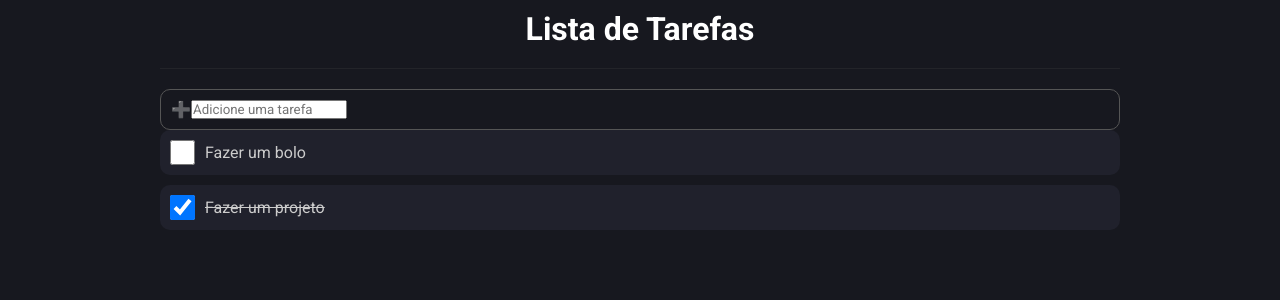
Repository: guilhermecardoso93/todolist-app
Page: /
An editor plug-in stored every save of this project. The page is shown before and after the next save, followed by the edit.
The browser window is 1280 px wide. The pictures show the whole page.
The project was rebuilt for these pictures with package versions that can differ from the ones it lists, and the page was loaded fresh each time. Also part of the build but not shown: vite.config.ts.

Above is the page before, as saved 2022-11-12 22:40:44.

### index.html
<!DOCTYPE html>
<html lang="en">
  <head>
    <meta charset="UTF-8" />
    <meta name="viewport" content="width=device-width, initial-scale=1.0" />
    <link rel="preconnect" href="https://fonts.googleapis.com">
    <link rel="preconnect" href="https://fonts.gstatic.com" crossorigin>
    <link
      href="https://fonts.googleapis.com/css2?family=Roboto:wght@400;500;700&display=swap"
      rel="stylesheet">
    <title>ToDo List</title>
  </head>
  <body>
    <div id="root"></div>
    <script type="module" src="/src/main.tsx"></script>
  </body>
</html>

### src/main.tsx
import React from 'react'
import ReactDOM from 'react-dom/client'
import {App} from './App'

import '../global.css'


ReactDOM.createRoot(document.getElementById('root') as HTMLElement).render(
  <React.StrictMode>
    <App />
  </React.StrictMode>
)

### src/App.tsx
import { useState } from "react";
import { Area, Container, Header } from "./App.styles";
import { AddTask } from "./components/AddTask";
import { ListTask } from "./components/ListTask";
import { Item } from "./types/Item";

export function App() {
  const [list, setList] = useState<Item[]>([
    {
      id: 1,
      task: "Fazer um bolo",
      isDone: false,
    },
    {
      id: 2,
      task: "Fazer um projeto",
      isDone: true,
    },
  ]);

  return (
    <Container>
      <Area>
        <Header>Lista de Tarefas</Header>
        <AddTask/>

       {list.map((task) => (
        <ListTask  task={task} key={task.id}/>
       ))}
      </Area>
    </Container>
  );
}

### global.css
* {
  box-sizing: border-box;
  margin: 0;
  padding: 0;

  font-family: 'Roboto', sans-serif;
}

### src/App.styles.ts
import styled from "styled-components";

export const Container = styled.div`
  background-color: #17181f;
  color: #797a81;
  min-height: 100vh;
`;

export const Area = styled.div`
  margin: auto;
  max-width: 980px;
  padding: 10px;
`;

export const Header = styled.h1`
  margin: 0;
  padding: 0;
  text-align: center;
  color: #fff;
  border-bottom: 1px solid #4444;
  padding-bottom: 20px;
  margin-bottom: 20px;
`;

### src/components/AddTask/index.tsx
import { Container } from "./AddTask.styles";

export function AddTask() {
return (
  <Container>
    <div className="image">
      ➕
    </div>
    <input
      type='text'
      placeholder='Adicione uma tarefa'
    />
  </Container>
)
}

### src/components/ListTask/index.tsx
import { useState } from "react";
import { Container } from "./ListTask.styles";
import { Item } from "../../types/Item";

type Props = {
  task: Item
  onChange: (id: number, done: boolean) => void
}

export function ListTask({ task, onChange }: Props) {
  const [ isChecked, setIsChecked] = useState(task.isDone)

  return (
    <Container isDone={isChecked}>
     <input
      type='checkbox'
      checked={isChecked}
      onChange={e => onChange(task.id, e.target.checked)}
      />
     <label>{task.task}</label>
    </Container>
  )
}

### src/components/AddTask/AddTask.styles.ts
import styled from "styled-components";

export const Container = styled.div`
  display: flex;
  align-items: center;
  justify-content: start;

  padding: 10px;
  border-radius: 10px;
  border: 1px solid #555;
`;

### src/components/ListTask/ListTask.styles.ts
import styled from "styled-components";

type ContainerProps = {
  isDone: boolean;
};

export const Container = styled.div(
  ({ isDone }: ContainerProps) =>
    `display: flex;
  background-color: #20212c;
  padding: 10px;
  margin-bottom: 10px;
  border-radius: 10px;
  align-items: center;

  input {
    width: 25px;
    height: 25px;
    margin-right: 10px;
  }

  label {
    color: #ccc;
    text-decoration: ${isDone ? "line-through" : "initial"}
  }`
);

After the next save:
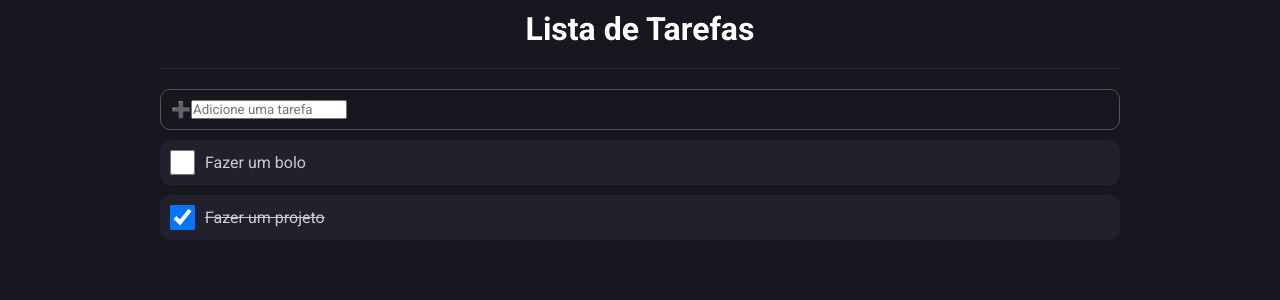
Saved 15 s later.
--- a/src/components/AddTask/AddTask.styles.ts
+++ b/src/components/AddTask/AddTask.styles.ts
@@ -6,6 +6,8 @@
   justify-content: start;
 
   padding: 10px;
+  margin-bottom: 10px;
   border-radius: 10px;
   border: 1px solid #555;
+
 `;

After the save that followed:
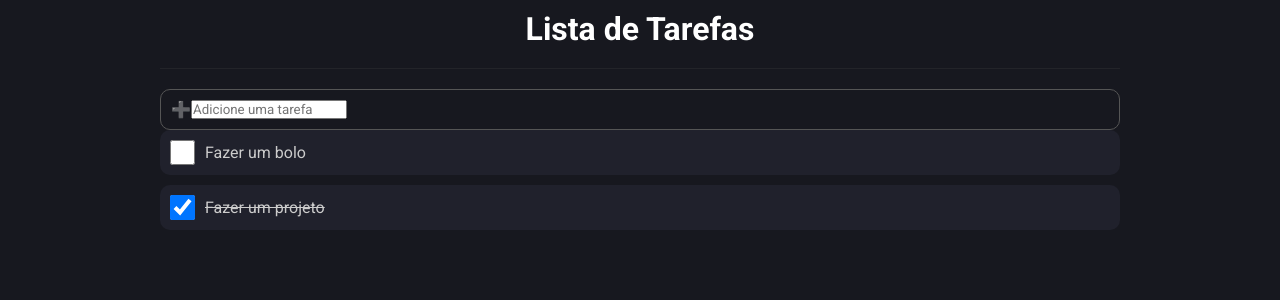
Saved 37 s later.
--- a/src/components/AddTask/AddTask.styles.ts
+++ b/src/components/AddTask/AddTask.styles.ts
@@ -6,7 +6,8 @@
   justify-content: start;
 
   padding: 10px;
-  margin-bottom: 10px;
+  margin:
+  20 0px;
   border-radius: 10px;
   border: 1px solid #555;
 
